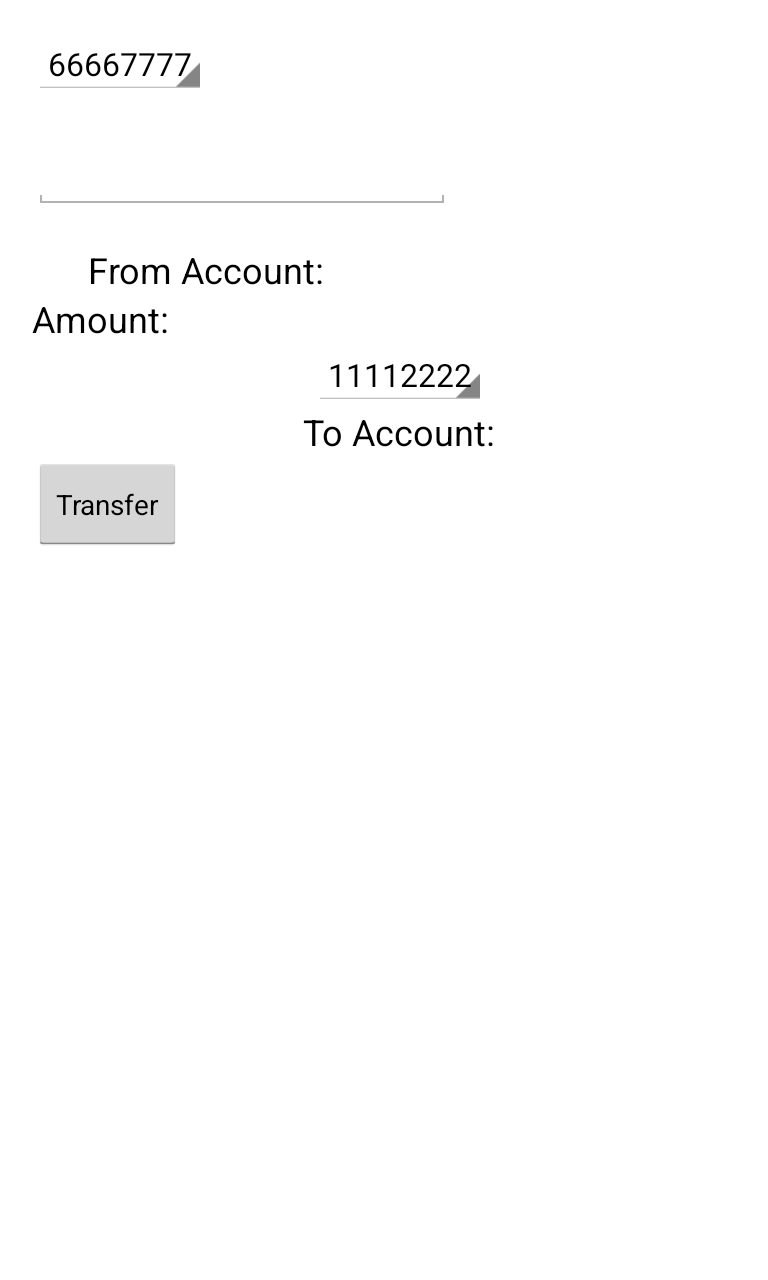
Repository: chaneyjd/android
Layout: amqtt/res/layout/activity_transfer.xml
These files come from the project's save history. The layout is drawn as it stood at one moment and after the next save; the edit follows.
It is drawn on a 768 x 1280 px phone screen (xhdpi) without system bars, with theme AppTheme; the app's code is not run.

Above is the layout before, as saved 2014-05-06 18:09:08.

After the next save:
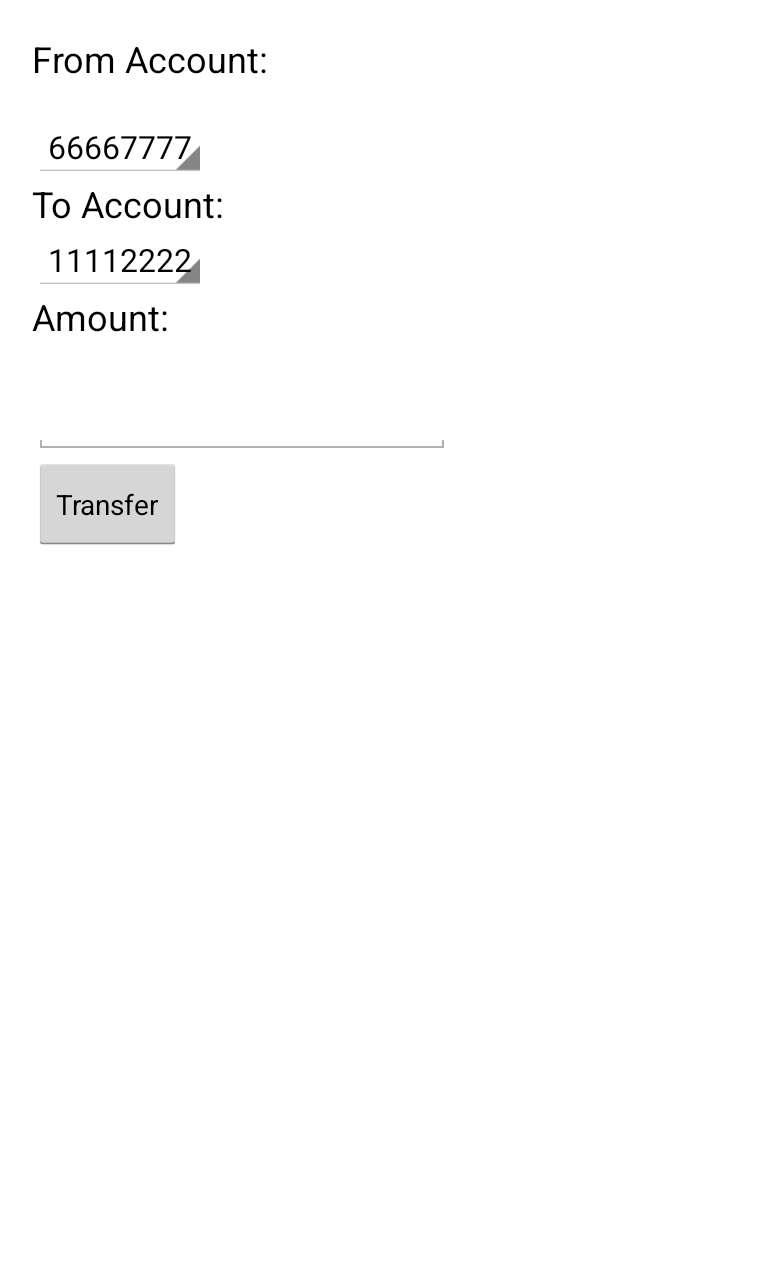
Saved 63 s later.
--- a/amqtt/res/layout/activity_transfer.xml
+++ b/amqtt/res/layout/activity_transfer.xml
@@ -7,6 +7,14 @@
     android:paddingLeft="@dimen/activity_horizontal_margin"
     tools:context=".TransferActivity" >
 
+    <TextView
+        android:id="@+id/textView1"
+        android:layout_width="wrap_content"
+        android:layout_height="wrap_content"
+        android:layout_marginTop="17dp"
+        android:text="From Account:"
+        android:textAppearance="?android:attr/textAppearanceMedium" />
+
     <Spinner
         android:id="@+id/spinner2"
         android:layout_width="wrap_content"
@@ -14,21 +22,18 @@
         android:layout_marginTop="16dp"
         android:entries="@array/To_Account" />
 
-    <EditText
-        android:id="@+id/editText1"
+    <TextView
+        android:id="@+id/textView2"
         android:layout_width="wrap_content"
         android:layout_height="wrap_content"
-        android:layout_marginTop="18dp"
-        android:ems="10" />
+        android:text="To Account:"
+        android:textAppearance="?android:attr/textAppearanceMedium" />
 
-    <TextView
-        android:id="@+id/textView1"
+    <Spinner
+        android:id="@+id/spinner1"
         android:layout_width="wrap_content"
         android:layout_height="wrap_content"
-        android:layout_marginLeft="28dp"
-        android:layout_marginTop="17dp"
-        android:text="From Account:"
-        android:textAppearance="?android:attr/textAppearanceMedium" />
+        android:entries="@array/From_Account" />
 
     <TextView
         android:id="@+id/textView3"
@@ -37,20 +42,12 @@
         android:text="Amount:"
         android:textAppearance="?android:attr/textAppearanceMedium" />
 
-    <Spinner
-        android:id="@+id/spinner1"
+    <EditText
+        android:id="@+id/editText1"
         android:layout_width="wrap_content"
         android:layout_height="wrap_content"
-        android:layout_gravity="center_horizontal|bottom"
-        android:entries="@array/From_Account" />
-
-    <TextView
-        android:id="@+id/textView2"
-        android:layout_width="wrap_content"
-        android:layout_height="wrap_content"
-        android:layout_gravity="center_horizontal|top"
-        android:text="To Account:"
-        android:textAppearance="?android:attr/textAppearanceMedium" />
+        android:layout_marginTop="18dp"
+        android:ems="10" />
 
     <Button
         android:id="@+id/button2"
